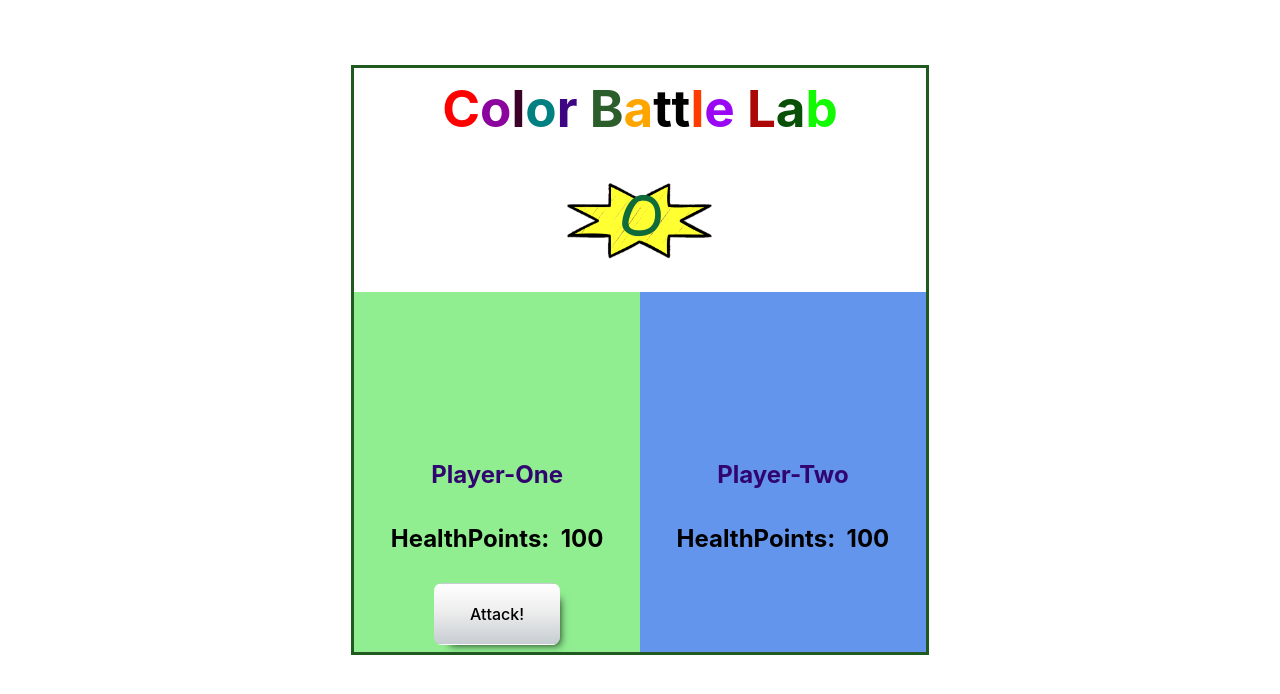
Repository: RAWdevX21/color-battle_lab-build
Page: /
The author's editor kept a copy of each file at every save. The page is drawn from the files as they stood at one save, then again after the next save.
The browser window is 1280 px wide. The pictures show the whole page.
Some web fonts or font styles are not loaded; a fallback is used. The project was rebuilt for these pictures with package versions that can differ from the ones it lists, and the page was loaded fresh each time. Also part of the build but not shown: vite.config.js.

Above is the page before, as saved 2023-08-17 09:35:40.

After the next save:
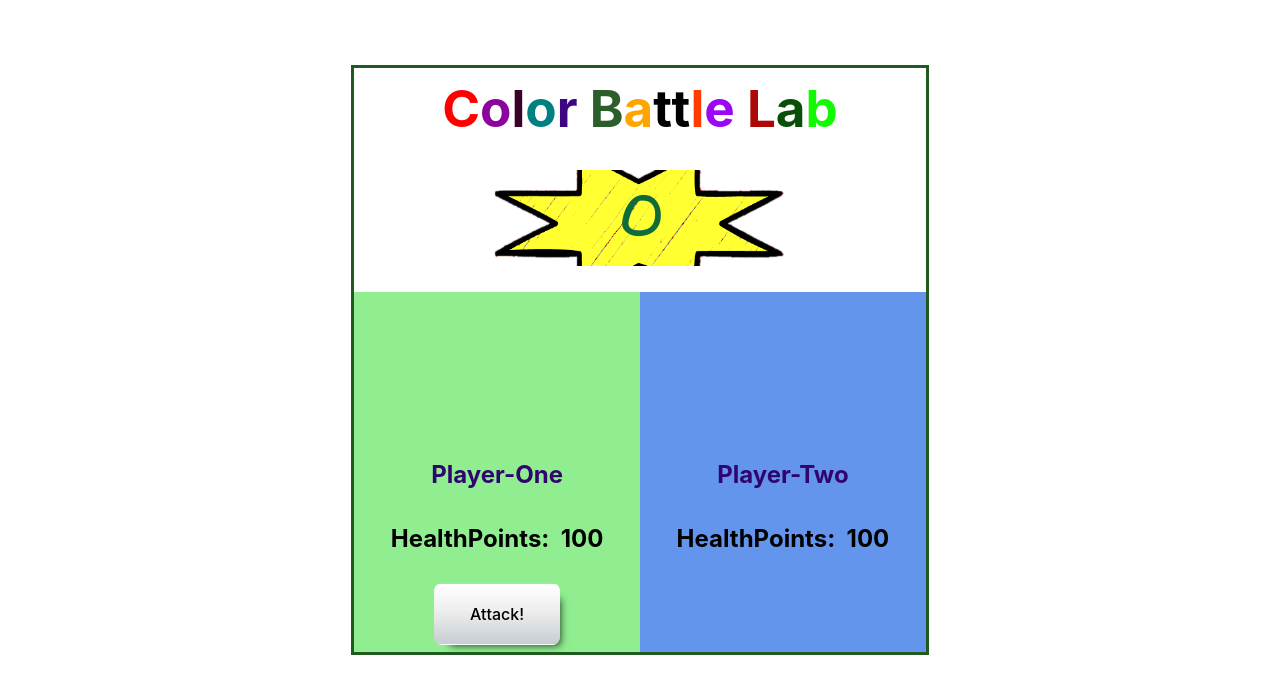
Saved 10 s later.
--- a/src/Components/Die.css
+++ b/src/Components/Die.css
@@ -8,7 +8,7 @@
     font-weight: bold;
     margin: 10px auto;
     background-image: url('../assets/pow.png');
-    background-size: 10rem 10rem;
+    background-size: 20rem 20rem;
     background-position: center;
     background-repeat: no-repeat
 }
